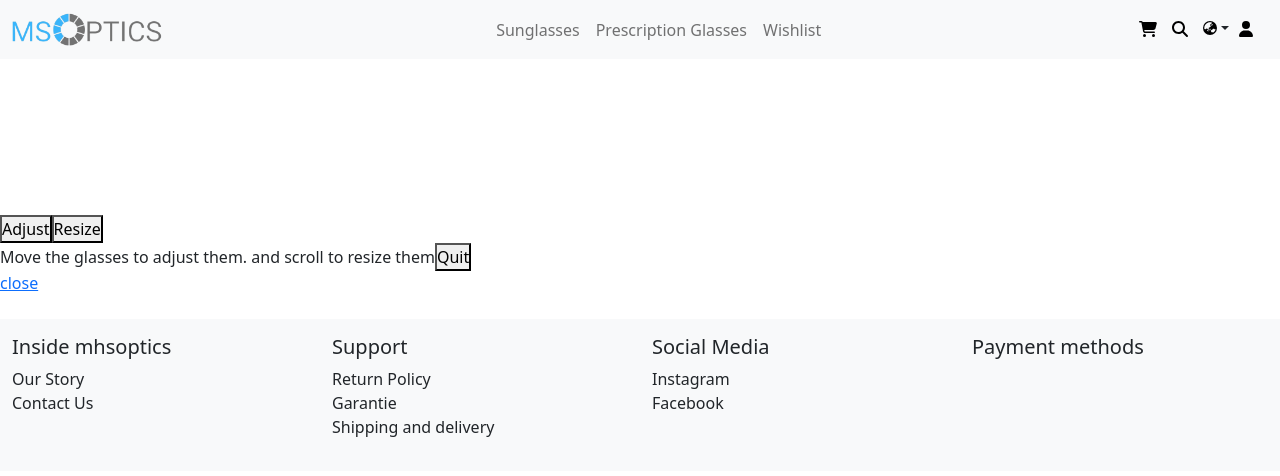
Repository: SaudCh/MERN-msOptics
Page: /tryon (app in client/)
These files come from the project's save history. The page is drawn as it stood at one moment and after the next save; the edit follows.
The browser window is 1280 px wide. The pictures show the whole page.
The page's requests for data from a server got no answer. The project was rebuilt for these pictures with package versions that can differ from the ones it lists, and the page was loaded fresh each time. No one was signed in, and anything a server would have sent is missing. Also part of the build but not shown: client/src/Routes/AuthRoute.js, client/src/Components/css/header.css, client/src/Routes/Loading.js, client/src/Routes/SideBarLayout.js, client/src/Routes/ProtectedRoute.js.

Above is the page before, as saved 2022-08-18 22:01:13.

### client/public/index.html
<!DOCTYPE html>
<html lang="en">
  <head>
    <meta charset="utf-8" />
    <link rel="icon" href="%PUBLIC_URL%/favicon.ico" />
    <meta name="viewport" content="width=device-width, initial-scale=1" />
    <meta name="theme-color" content="#000000" />
    <meta
      name="description"
      content="Web site created using create-react-app"
    />
    <link rel="apple-touch-icon" href="%PUBLIC_URL%/logo192.png" />
    <!--
      manifest.json provides metadata used when your web app is installed on a
      user's mobile device or desktop. See https://developers.google.com/web/fundamentals/web-app-manifest/
    -->
    <link rel="manifest" href="%PUBLIC_URL%/manifest.json" />

    <!--
      Notice the use of %PUBLIC_URL% in the tags above.
      It will be replaced with the URL of the `public` folder during the build.
      Only files inside the `public` folder can be referenced from the HTML.

      Unlike "/favicon.ico" or "favicon.ico", "%PUBLIC_URL%/favicon.ico" will
      work correctly both with client-side routing and a non-root public URL.
      Learn how to configure a non-root public URL by running `npm run build`.
    -->
    <title>msOptics</title>
  </head>
  <body>
    <noscript>You need to enable JavaScript to run this app.</noscript>
    <div id="root"></div>
    <!--
      This HTML file is a template.
      If you open it directly in the browser, you will see an empty page.

      You can add webfonts, meta tags, or analytics to this file.
      The build step will place the bundled scripts into the <body> tag.

      To begin the development, run `npm start` or `yarn start`.
      To create a production bundle, use `npm run build` or `yarn build`.
    -->
    <script src="./JeelizVTOWidget.js"></script>
    <script src="./jeelizstart.js"></script>
  </body>
</html>

### client/src/App.js
import "bootstrap/dist/css/bootstrap.min.css";
import "bootstrap/dist/js/bootstrap.bundle.min";
import 'react-popper/dist/index.umd.js'

import "./index.css";

import 'react-toastify/dist/ReactToastify.css';

import AppRoute from './Routes/index';
import { BrowserRouter as Router } from "react-router-dom";
import { AuthContext } from "./Components/Context/AuthContext";
import { useAuth } from "./Components/Hooks/useAuth";
import { ToastContainer } from 'react-toastify';
import { CartContext } from "./Components/Context/CartContext";
import { useCart } from "./Components/Hooks/useCart";
import { useWishlist } from "./Components/Hooks/useWishlist";
import { WishContext } from "./Components/Context/WishlistContext";
import i18next from "i18next";
import { initReactI18next } from 'react-i18next';
import { getEnglish } from "./Language/english";
import LanguageDetector from "i18next-browser-languagedetector";
import { getDutch } from "./Language/dutch";

const english = getEnglish()
const dutch = getDutch()

i18next.use(initReactI18next).use(LanguageDetector).init({
  resources: {
    en: {
      translation: english
    },
    de: {
      translation: dutch
    },
  },
  supportedLngs: ['en', 'de'],
  lng: document.querySelector('html').lang,
  fallbackLng: "en",
  detection: {
    order: ['cookie', 'htmlTag', 'localStorage', 'path', 'subdomain'],
    caches: ['cookie']
  }

});



function App() {

  const { login, logout, token, user } = useAuth()
  const { cart, addToCart, removeAll, removeItem, total, IncQuantity, DecQuantity } = useCart()
  const { wishlist, addToWishlist, removeFromWishlist, clearWishlist, getWishlist } = useWishlist()

  return (
    <WishContext.Provider value={{ wishlist, addToWishlist, removeFromWishlist, clearWishlist, getWishlist }}>
      <AuthContext.Provider
        value={{
          isLoggedIn: !!user,
          token: token,
          user: user,
          login: login,
          logout: logout,
        }}
      >
        <CartContext.Provider value={{ cart, addToCart, removeAll, removeItem, total, IncQuantity, DecQuantity }}>

          <ToastContainer
            position="top-right"
            autoClose={5000}
            hideProgressBar={false}
            newestOnTop={false}
            closeOnClick
            rtl={false}
            pauseOnFocusLoss
            draggable
            pauseOnHover
          />

          <Router>

            <AppRoute />
          </Router>

        </CartContext.Provider >
      </AuthContext.Provider>
    </WishContext.Provider>
  );
}

export default App;

### client/src/index.css
/* colors{
  #00aef9
} */
* {
  margin: 0;
  padding: 0;
}
img {
  cursor: pointer;
}
.text-green {
  color: rgb(34 197 94);
}
.errors {
  color: #dc3545;
  padding: 0;
  margin: 0;
  font-size: 12px;
}
.cart-icon {
  border: 0;
  border-radius: 0;
}
.loader {
  position: fixed;
  top: 0;
  bottom: 0;
  left: 0;
  right: 0;
  background-color: rgba(0, 174, 249, 0.1);

  display: flex;
  justify-content: center;
  align-items: center;
}
.view-more-card {
  display: flex;
  justify-content: center;
  align-items: center;
  cursor: pointer;
  min-width: 200px;
  box-shadow: 0 2px 10px 0 rgba(0, 0, 0, 0.2), 0 3px 5px 0 rgba(0, 0, 0, 0.19);
}
.view-more-card:hover {
  box-shadow: 0 4px 4px 0 rgba(0, 0, 0, 0.2), 0 6px 10px 0 rgba(0, 0, 0, 0.19);
}
.footer-ul {
  list-style: none;
  padding: 0;
}
.link-blue {
  color: #00aef9;
  text-decoration: none;
}
.highlight {
  fill: #00aef9;
}
.side-bar-btn {
  border: 0;
  border-radius: 0;
}

### client/src/Components/Context/AuthContext.js
import { createContext } from "react";

export const AuthContext = createContext({
    isLoggedIn: false,
    user: null,
    token: null,
    login: () => { },
    logout: () => { },
});

### client/src/Components/Hooks/useAuth.js
import { useState, useEffect } from "react";

export const useAuth = () => {
    const [token, setToken] = useState('');
    const [user, setUser] = useState('');

    const login = (user, token) => {
        setToken(token);
        setUser(user);

        localStorage.setItem('userData', JSON.stringify({ user }));
        localStorage.setItem('token', JSON.stringify(token));
    };

    const logout = () => {
        setToken(null);
        setUser(null);
        localStorage.removeItem('userData')
        localStorage.removeItem('token');
    };

    useEffect(() => {
        const storedData = JSON.parse(localStorage.getItem('userData'))
        const token = JSON.parse(localStorage.getItem('token'))
        setToken(token)
        setUser(storedData?.user)

        if (storedData && token) {
            login(storedData?.user, token)
        }
    }, [])

    return { login, logout, token, user }
}

### client/src/Components/Context/CartContext.js
import { createContext } from "react";

export const CartContext = createContext({
    cart: [],
    total: 0,
    addToCart: () => { },
    removeAll: () => { },
    IncQuantity: () => { },
    DecQuantity:() => { },
});

### client/src/Components/Hooks/useCart.js
import { useEffect, useState } from 'react'
import { toast } from 'react-toastify'

export const useCart = () => {
    const [cart, setCart] = useState([])
    const [total, setTotal] = useState(0)

    const addToCart = (product, quantity) => {
        // console.log(product)

        var lsCart = JSON.parse(localStorage.getItem("msopticcart"));
        let flag = 0;

        if (lsCart != null) {
            lsCart.forEach(function (item) {
                if (item.id === product.id) {
                    item.quantity = item.quantity + quantity;
                    flag = 1;
                }
            });
        } else {
            lsCart = [];
        }

        if (flag === 0) {
            lsCart.push({ id: product.id, title: product.title, image: product.images[0], images: product.images, price: product.price, quantity: quantity });
        }

        localStorage.setItem("msopticcart", JSON.stringify(lsCart));
        setCart(lsCart);

        toast.success("Product added to cart");

    }

    const removeAll = () => {
        setCart([])
        localStorage.removeItem("msopticcart");
    }

    const removeItem = (id) => {
        var lsCart = JSON.parse(localStorage.getItem("msopticcart"));
        lsCart = lsCart.filter(item => item.id !== id);
        localStorage.setItem("msopticcart", JSON.stringify(lsCart));
        setCart(lsCart);
    }

    const IncQuantity = (id) => {
        var lsCart = JSON.parse(localStorage.getItem("msopticcart"));
        lsCart.forEach(function (item) {
            if (item.id === id) {
                item.quantity = item.quantity + 1;
            }
        });
        localStorage.setItem("msopticcart", JSON.stringify(lsCart));
        setCart(lsCart);
    }

    const DecQuantity = (id) => {
        var lsCart = JSON.parse(localStorage.getItem("msopticcart"));
        lsCart.forEach(function (item) {
            if (item.id === id && item.quantity > 1) {
                item.quantity = item.quantity - 1;
            }
        });
        localStorage.setItem("msopticcart", JSON.stringify(lsCart));
        setCart(lsCart);
    }


    useEffect(() => {
        const lsCart = JSON.parse(localStorage.getItem("msopticcart"));

        if (lsCart) {
            setCart(lsCart)
        }
    }, [])

    useEffect(() => {
        let total = 0;
        cart.forEach(item => {
            total += item.price * item.quantity
        })
        setTotal(total)
    }, [cart])



    return { cart, addToCart, removeAll, removeItem, total, IncQuantity, DecQuantity }
}

### client/src/Components/Hooks/useWishlist.js
import { useEffect, useState } from 'react'
import { toast } from 'react-toastify'
import axios from 'axios'

export const useWishlist = () => {
    const [wishlist, setWishlist] = useState([])

    const addToWishlist = async (id) => {
        setWishlist([...wishlist, { product: id }])
        toast.success("Product added to wishlist")

        const user = JSON.parse(localStorage.getItem('userData'))
        const token = JSON.parse(localStorage.getItem('token'))

        const config = {
            headers: {
                'Content-Type': 'application/json',
                Authorization: `Bearer ${token}`
            }
        }

        await axios.post(`${process.env.REACT_APP_SERVER_URL}/api/favourite/`, { product: id, user: user.user.id }, config)
    }

    const removeFromWishlist = async (id) => {
        const updatedWishlist = wishlist.filter((item) => item.product !== id)
        setWishlist(updatedWishlist)
        toast.error("Product removed from wishlist")

        const user = JSON.parse(localStorage.getItem('userData'))
        const token = JSON.parse(localStorage.getItem('token'))

        const config = {
            headers: {
                'Content-Type': 'application/json',
                Authorization: `Bearer ${token}`
            }
        }

        await axios.delete(`${process.env.REACT_APP_SERVER_URL}/api/favourite/deleteFa/${id}/${user.user.id}`, config)
    }

    useEffect(() => {

        const user = JSON.parse(localStorage.getItem('userData'))
        const token = JSON.parse(localStorage.getItem('token'))

        const getWishlist = async (user, token) => {

            const config = {
                headers: { Authorization: `Bearer ${token}` },
            };

            await axios.get(`${process.env.REACT_APP_SERVER_URL}/api/favourite/${user?.user.id}`, config).then(function (response) {
                setWishlist(response.data.data.favourit);
            })
                .catch(function (error) {
                    const err = {};
                    err.api = error.response.data?.message
                        ? error.response.data.message
                        : error.message;

                    console.log(err)
                });

        }

        getWishlist(user, token);
    }, [])

    return { wishlist, addToWishlist, removeFromWishlist }
}

### client/src/Components/Context/WishlistContext.js
import { createContext } from "react";

export const WishContext = createContext({
    wishlist: [],
    addToWishlist: () => { },
    removeFromWishlist: () => { },
    clearWishlist: () => { },
    getWishlist: () => { },
});

### client/src/Routes/layout.js
import React from 'react';
import { Outlet } from 'react-router-dom';
import Footer from '../Components/Footer';
import Header from '../Components/Header';

export default function Layout() {
  return (
    <div>
      <Header background={true} />
      <Outlet />
      <Footer />
    </div>
  );
}

### client/src/Pages/tryon.jsx
import React from "react";

export default function Tryon({ product }) {
  return (
    <div class="try__on__overlay">
      <div class="overlay_try_on"></div>
      <div class="content try_on_container">
        <div id="JeelizVTOWidget">
          <canvas id="JeelizVTOWidgetCanvas"></canvas>
          <div class="JeelizVTOWidgetControls JeelizVTOWidgetControlsTop">
            <button id="JeelizVTOWidgetAdjust">
              <div class="buttonIcon">
                <i class="fas fa-arrows-alt"></i>
              </div>
              Adjust
            </button>
            <button id="buttonResizeCanvas" onclick="test_resizeCanvas();">
              <div class="buttonIcon">
                <i class="fas fa-sync-alt"></i>
              </div>
              Resize
            </button>
          </div>
          <div
            class="JeelizVTOWidgetControls"
            id="JeelizVTOWidgetChangeModelContainer"
          >
            {product?.virualsTrys
              ? product.virualsTrys[0]?.virtualsObject
                ? product.virualsTrys[0].virtualsObject.map((v) => (
                    <button
                      data-ver="<%= v %>"
                      class="ver__btn"
                      onclick="JEELIZVTOWIDGET.load_modelStandalone('/img/tryon/<%= v %>')"
                    >
                      Model
                    </button>
                  ))
                : null
              : null}
          </div>
          <div id="JeelizVTOWidgetAdjustNotice">
            Move the glasses to adjust them. and scroll to resize them
            <button
              class="JeelizVTOWidgetBottomButton"
              id="JeelizVTOWidgetAdjustExit"
            >
              Quit
            </button>
          </div>
        </div>
        <a class="close_try_on" href="#">
          <span class="material-icons">close</span>
        </a>
      </div>
    </div>
  );
}

### client/src/Components/Footer.jsx
import React from 'react';

export default function Footer() {
  return (
    <section className="container-fluid bg-light mt-4 py-3">
      <div className="row">
        <div className="col-12 col-md-3">
          <h5>Inside mhsoptics</h5>
          <ul className="footer-ul">
            <li>Our Story</li>
            <li>Contact Us</li>
          </ul>
        </div>
        <div className="col-12 col-md-3">
          <h5>Support</h5>
          <ul className="footer-ul">
            <li>Return Policy</li>
            <li>Garantie</li>
            <li>Shipping and delivery</li>
          </ul>
        </div>
        <div className="col-12 col-md-3">
          <h5>Social Media</h5>
          <ul className="footer-ul">
            <li>Instagram</li>
            <li>Facebook</li>
          </ul>
        </div>
        <div className="col-12 col-md-3">
          <h5>Payment methods</h5>
          <ul className="footer-ul">

          </ul>
        </div>
      </div>
    </section>
  );
}

### client/src/Components/Header.jsx
import React, { useContext } from 'react';
import { Link } from 'react-router-dom';
import './css/header.css';
import { AuthContext } from './Context/AuthContext';
import HeaderIcon from './Header/headerIcon';
import Logo from '../Images/logo.png';
import { UserIcon } from './icons';
import { useTranslation } from 'react-i18next';

export default function Header({ background }) {
  const { t } = useTranslation();
  const auth = useContext(AuthContext);

  return (
    <nav
      className={`navbar navbar-expand-lg ${
        background ? 'navbar-light bg-light' : 'navbar-dark home-header-style'
      }`}
    >
      <div className="container-fluid">
        <Link to="/" className="navbar-brand">
          <img src={Logo} style={{ width: 150 }} alt="logo" />
        </Link>
        <div>
          <span className="d-md-none">
            <HeaderIcon background={background} />
          </span>
          <button
            className="navbar-toggler"
            type="button"
            data-bs-toggle="collapse"
            data-bs-target="#navbarSupportedContent"
            aria-controls="navbarSupportedContent"
            aria-expanded="false"
            aria-label="Toggle navigation"
          >
            <span className="navbar-toggler-icon"></span>
          </button>
        </div>
        <div className="collapse navbar-collapse" id="navbarSupportedContent">
          <ul className="navbar-nav m-auto mb-2 mb-lg-0">
            <li className="nav-item">
              <Link to="/t/sunglasses" className="nav-link" aria-current="page">
                {t('sunglasses')}
              </Link>
            </li>
            <li className="nav-item">
              <Link to="/t/prescription" className="nav-link">
                {t('persctiption')}
              </Link>
            </li>
            <li className="nav-item">
              <Link
                to={auth.isLoggedIn ? '/wishlist' : '/login'}
                className="nav-link"
              >
                {t('wishlist')}
              </Link>
            </li>
            <li className="d-md-none">
              <Link to={auth.isLoggedIn ? '/account' : '/login'}>
                <UserIcon
                  color={background ? 'black' : 'white'}
                  style={{ marginRight: 10 }}
                />
              </Link>
            </li>
          </ul>
          <span className="d-none d-md-block">
            <HeaderIcon background={background} />
          </span>
        </div>
      </div>
    </nav>
  );
}

### client/src/Components/icons.js
import { FontAwesomeIcon } from '@fortawesome/react-fontawesome';
import { faArrowRightFromBracket, faCartShopping, faChevronLeft, faChevronRight, faEarthAsia, faSearch, faUser, faPlus, faMinus, faCircleXmark, faTrash, faHeart } from '@fortawesome/free-solid-svg-icons';
import { faHeart as fasHeart } from '@fortawesome/free-regular-svg-icons';

export const ShoppingCartIcon = ({ color, size, style }) => (
    <FontAwesomeIcon icon={faCartShopping} color={color} size={size} style={style} />
);

export const SearchIcon = ({ color, size, style }) => (
    <FontAwesomeIcon icon={faSearch} color={color} size={size} style={style} />
);

export const EarthIcon = ({ color, size, style }) => (
    <FontAwesomeIcon icon={faEarthAsia} color={color} size={size} style={style} />
);

export const UserIcon = ({ color, size, style }) => (
    <FontAwesomeIcon icon={faUser} color={color} size={size} style={style} />
);

export const ChevronLeftIcon = ({ color, size, style }) => (
    <FontAwesomeIcon icon={faChevronLeft} color={color} size={size} style={style} />
);

export const ChevronRightIcon = ({ color, size, style }) => (
    <FontAwesomeIcon icon={faChevronRight} color={color} size={size} style={style} />
);

export const LogoutIcon = ({ color, size, style }) => (
    <FontAwesomeIcon icon={faArrowRightFromBracket} color={color} size={size} style={style} />
);

export const IncrementIcon = ({ color, size, style }) => (
    <FontAwesomeIcon icon={faPlus} color={color} size={size} style={style} />
);

export const DecrementIcon = ({ color, size, style }) => (
    <FontAwesomeIcon icon={faMinus} color={color} size={size} style={style} />
);

export const CircleXMarkIcon = ({ color, size, style }) => (
    <FontAwesomeIcon icon={faCircleXmark} color={color} size={size} style={style} />
);


export const TrashIcon = ({ color, size, style }) => (
    <FontAwesomeIcon icon={faTrash} color={color} size={size} style={style} />
);

export const HeartFillIcon = ({ color, size, style }) => (
    <FontAwesomeIcon icon={faHeart} color={color} size={size} style={style} />
);

export const HeartEmptyIcon = ({ color, size, style }) => (
    <FontAwesomeIcon icon={fasHeart} color={color} size={size} style={style} />
);

### client/src/Components/Header/headerIcon.jsx
import React, { useContext } from "react";
import i18next from "i18next";
import { Link } from "react-router-dom";
import { AuthContext } from "../Context/AuthContext";
import {
  EarthIcon,
  LogoutIcon,
  SearchIcon,
  ShoppingCartIcon,
  UserIcon,
} from "../icons";
import { WishContext } from "../Context/WishlistContext";

export default function HeaderIcon({ background }) {
  const auth = useContext(AuthContext);
  const { clearWishlist } = useContext(WishContext);

  const languages = [
    {
      code: "en",
      name: "English",
      country_code: "gb",
    },
    {
      code: "fr",
      name: "Français",
      country_code: "fr",
    },
    {
      code: "de",
      name: "Deutsch",
      country_code: "de",
    },
  ];

  return (
    <>
      <Link to="/cart">
        <ShoppingCartIcon
          color={background ? "black" : "white"}
          style={{ marginRight: 15 }}
        />
      </Link>

      <Link to="/search">
        <SearchIcon
          color={background ? "black" : "white"}
          style={{ marginRight: 15 }}
        />
      </Link>

      <div className="btn-group pb-1" style={{ marginRight: 10 }}>
        <button
          type="button"
          className={
            background
              ? "text-dark btn btn-sm m-0 p-0 dropdown-toggle side-bar-btn"
              : "text-white btn btn-sm m-0 p-0 dropdown-toggle side-bar-btn"
          }
          data-bs-toggle="dropdown"
          aria-expanded="false"
        >
          <EarthIcon color={background ? "black" : "white"} />
        </button>
        <ul className="dropdown-menu dropdown-menu-end">
          {languages.map(({ code, name }) => (
            <li key={code}>
              <button
                className="dropdown-item"
                type="button"
                onClick={() => i18next.changeLanguage(code)}
              >
                {name}
              </button>
            </li>
          ))}
        </ul>
      </div>

      <span className="d-none d-md-inline">
        <Link to={auth.isLoggedIn ? "/account" : "/login"}>
          <UserIcon
            color={background ? "black" : "white"}
            style={{ marginRight: 15 }}
          />
        </Link>
      </span>

      {auth.isLoggedIn ? (
        <button
          className="btn btn-sm p-0 side-bar-btn"
          onClick={() => {
            auth.logout();
            clearWishlist();
          }}
        >
          <LogoutIcon
            color={background ? "black" : "white"}
            style={{ marginRight: 5 }}
          />
        </button>
      ) : null}
    </>
  );
}

### client/public/jeelizstart.js
let _isResized = false;
function test_resizeCanvas() {
  // halves the height:
  let halfHeightPx = Math.round(window.innerHeight / 2).toString() + 'px';

  const domWidget = document.getElementById('JeelizVTOWidget');
  domWidget.style.maxHeight = _isResized ? 'none' : halfHeightPx;

  _isResized = !_isResized;
}

// entry point:
function mirrorTryOn() {
  JEELIZVTOWIDGET.start({
    searchImageMask: '/assets/loading.png',
    searchImageColor: 0xeeeeee,
    callbackReady: function () {
      const { ver } = document.querySelector('.ver__btn').dataset;
      JEELIZVTOWIDGET.load_modelStandalone(`/img/tryon/${ver}`);
    },
    onError: function (errorLabel) {
      alert('An error happened. errorLabel =' + errorLabel);
      switch (errorLabel) {
        case 'WEBCAM_UNAVAILABLE':
          break;

        case 'NOFILE':
          break;

        case 'WRONGFILEFORMAT':
          break;

        case 'INVALID_SKU':
          break;

        case 'FALLBACK_UNAVAILABLE':
          break;

        case 'PLACEHOLDER_NULL_WIDTH':
        case 'PLACEHOLDER_NULL_HEIGHT':
          break;

        case 'FATAL':
        default:
          break;
      }
    },
  });
}

function load_modelBySKU() {
  const sku = prompt(
    'Please enter a glasses model SKU:',
    'rayban_wayfarer_havane_marron'
  );
  if (sku) {
    JEELIZVTOWIDGET.load(sku);
  }
}

Loaded but not shown: client/src/index.js (common file); client/public/JeelizVTOWidget.js (library); client/src/Language/dutch.js (186 lines, source omitted); client/src/Language/english.js (186 lines, source omitted); client/src/Routes/index.js (63 lines, source omitted)

After the next save:
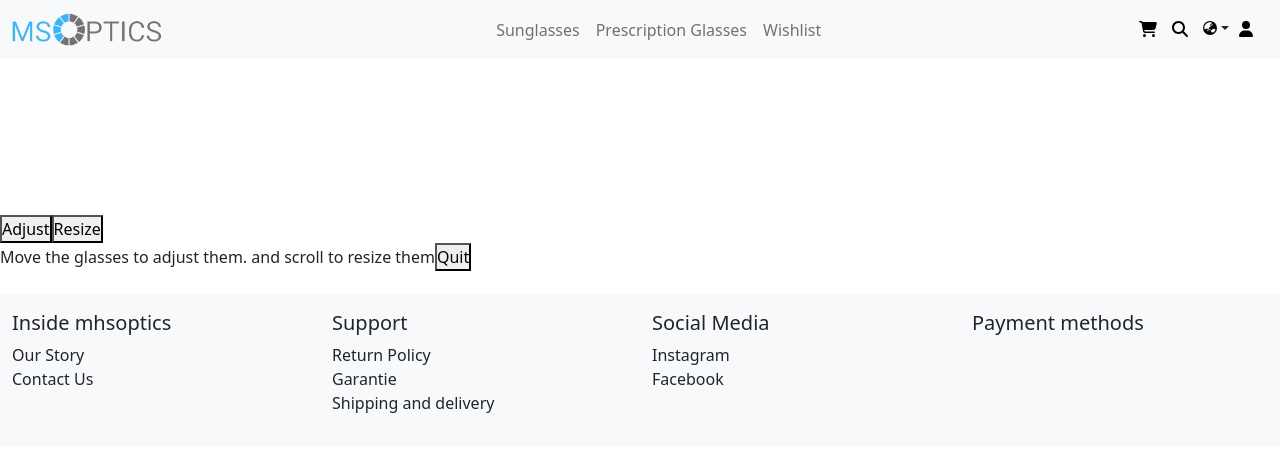
Saved 11 min 55 s later.
--- a/client/src/Pages/tryon.jsx
+++ b/client/src/Pages/tryon.jsx
@@ -49,9 +49,9 @@ export default function Tryon({ product }) {
             </button>
           </div>
         </div>
-        <a class="close_try_on" href="#">
+        {/* <a class="close_try_on" href="#">
           <span class="material-icons">close</span>
-        </a>
+        </a> */}
       </div>
     </div>
   );
